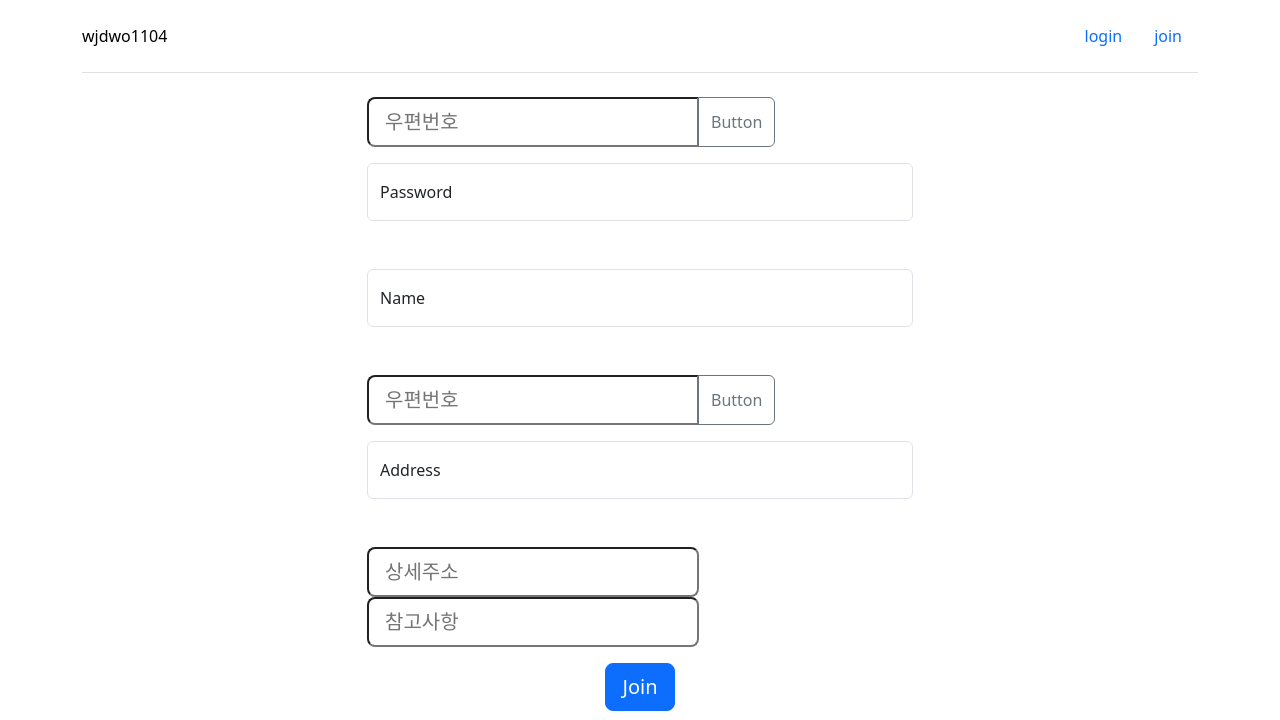
Repository: gain00/lecture1
Page: http://localhost/db-connect/join-form.jsp
These files come from the project's save history. The page is drawn as it stood at one moment and after the next save; the edit follows.
The browser window is 1280 px wide. The pictures show the whole page.
The page is served by Tomcat 9. Other server files are loaded and not shown.

Above is the page before, as saved 2023-06-08 01:00:04.

### db-connect/src/main/webapp/join-form.jsp
<%@ page language="java" contentType="text/html; charset=UTF-8" pageEncoding="UTF-8"%> <%@include file = "include/header.jsp"%>
<script src="//t1.daumcdn.net/mapjsapi/bundle/postcode/prod/postcode.v2.js"></script>


  <form action="join-process.jsp" method="post" class="join">
    <div class="container-sm">
      <div class="row justify-content-center">
        <div class="col-6">

           <div class="input-group mb-3">
            <input type="text" class="form-control-lg" placeholder="우편번호" id="zonecode" name="zonecode" readonly />
            <button class="btn btn-outline-secondary" type="button" id="button-addon2" onclick="searchZonecode()">Button</button>
          </div>

          <div class="form-floating mb-5">
            <input type="password" class="form-control" name="userPw" id="floatingPassword" placeholder="Password" />
            <label for="floatingPassword">Password</label>
          </div>
          <div class="form-floating mb-5">
            <input type="text" class="form-control" name="userName" id="floatingName" placeholder="이름" />
            <label for="floatingName">Name</label>
          </div>

          <div class="input-group mb-3">
            <input type="text" class="form-control-lg" placeholder="우편번호" id="zonecode" name="zonecode" readonly />
            <button class="btn btn-outline-secondary" type="button" id="button-addon2" onclick="searchZonecode()">Button</button>
          </div>

          <div class="form-floating mb-5">
            <input type="text" class="form-control address" name="userAddress" id="floatingAddress" placeholder="주소를 입력해주세요" />
            <label for="floatingAddress">Address</label>
          </div>
          <div class="row mb-3">
            <div class="col">
              <input type="text" class="form-control-lg detailAddress" placeholder="상세주소" aria-label="First name" name="detailAddress" />
            </div>
            <div class="col">
              <input type="text" class="form-control-lg extraAddress" placeholder="참고사항" aria-label="Last name" name="extraAddress" />
            </div>
          </div>

          <div class="text-center"><button type="submit" class="btn btn-primary btn-lg">Join</button></div>
        </div>
      </div>
    </div>
  </form>
  <script>
    function searchZonecode() {
      new daum.Postcode({
        oncomplete: function (data) {
          // 팝업에서 검색결과 항목을 클릭했을때 실행할 코드를 작성하는 부분.

          // 각 주소의 노출 규칙에 따라 주소를 조합한다.
          // 내려오는 변수가 값이 없는 경우엔 공백('')값을 가지므로, 이를 참고하여 분기 한다.
          let addr = ""; // 주소 변수
          let extraAddr = ""; // 참고항목 변수

          //사용자가 선택한 주소 타입에 따라 해당 주소 값을 가져온다.
          if (data.userSelectedType === "R") {
            // 사용자가 도로명 주소를 선택했을 경우
            addr = data.roadAddress;
          } else {
            // 사용자가 지번 주소를 선택했을 경우(J)
            addr = data.jibunAddress;
          }

          // 사용자가 선택한 주소가 도로명 타입일때 참고항목을 조합한다.
          if (data.userSelectedType === "R") {
            // 법정동명이 있을 경우 추가한다. (법정리는 제외)
            // 법정동의 경우 마지막 문자가 "동/로/가"로 끝난다.
            if (data.bname !== "" && /[동|로|가]$/g.test(data.bname)) {
              extraAddr += data.bname;
            }
            // 건물명이 있고, 공동주택일 경우 추가한다.
            if (data.buildingName !== "" && data.apartment === "Y") {
              extraAddr += extraAddr !== "" ? ", " + data.buildingName : data.buildingName;
            }
            // 표시할 참고항목이 있을 경우, 괄호까지 추가한 최종 문자열을 만든다.
            if (extraAddr !== "") {
              extraAddr = " (" + extraAddr + ")";
            }
            // 조합된 참고항목을 해당 필드에 넣는다.
            document.querySelector(".extraAddress").value = extraAddr;
          } else {
            document.querySelector(".extraAddress").value = "";
          }

          // 우편번호와 주소 정보를 해당 필드에 넣는다.
          document.querySelector("#zonecode").value = data.zonecode;
          document.querySelector(".address").value = addr;
          // 커서를 상세주소 필드로 이동한다.
          document.querySelector(".address").focus();
        },
      }).open();
    }
  </script>


<%@ include file = "include/footer.jsp" %>

### db-connect/src/main/webapp/include/header.jsp
<%@ page language="java" contentType="text/html; charset=UTF-8" pageEncoding="UTF-8"%>
<%
	String loggedUserId = (String) session.getAttribute("loggedUserId");
	String loggedUserName = (String) session.getAttribute("loggedUserName");

	//pageContext < requset < session < applicationContext
%>


<!DOCTYPE html>
<html>
  <head>
    <meta charset="UTF-8" />
    <title>Insert title here</title>
    <link rel="stylesheet" href="css/bootstrap.min.css" />
    <script src="js/bootstrap.bundle.min.js"></script>
    <script src="//t1.daumcdn.net/mapjsapi/bundle/postcode/prod/postcode.v2.js"></script>
  </head>
  <body>
    <div class="container">
    <header class="d-flex flex-wrap justify-content-center py-3 mb-4 border-bottom">
      <a href="/" class="d-flex align-items-center mb-3 mb-md-0 me-md-auto link-body-emphasis text-decoration-none">
        wjdwo1104
      </a>

      <ul class="nav nav-pills">
      	<%  if( loggedUserId == null ) { %>
        <li class="nav-item"><a href="login-form.jsp" class="nav-link">login</a></li>
        <li class="nav-item"><a href="join-form.jsp" class="nav-link">join</a></li>
        <% } else { %>
        <li class="nav-item"><a href="logout.jsp" class="nav-link">logout</a></li>
        <li class="nav-item"><a href="info.jsp" class="nav-link">이정재</a></li>
        <% } %>
      </ul>
    </header>
  </div>

Loaded but not shown: db-connect/src/main/webapp/include/footer.jsp (common file); db-connect/src/main/webapp/css/bootstrap.min.css (library); db-connect/src/main/webapp/js/bootstrap.bundle.min.js (library)

After the next save:
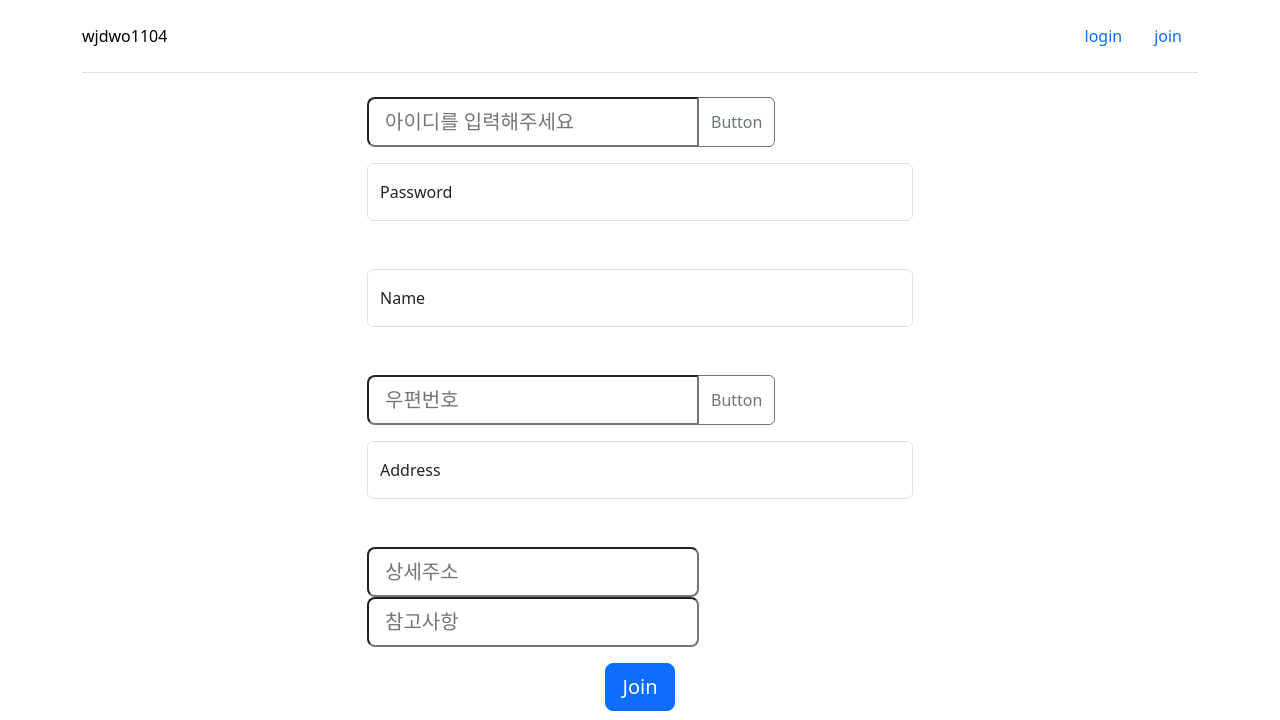
Saved 81 s later.
--- a/db-connect/src/main/webapp/join-form.jsp
+++ b/db-connect/src/main/webapp/join-form.jsp
@@ -7,8 +7,8 @@
       <div class="row justify-content-center">
         <div class="col-6">
 
-           <div class="input-group mb-3">
-            <input type="text" class="form-control-lg" placeholder="우편번호" id="zonecode" name="zonecode" readonly />
+             <div class="input-group mb-3">
+            <input type="text" class="form-control-lg" placeholder="아이디를 입력해주세요" id="floatingInput" name="userId"  />
             <button class="btn btn-outline-secondary" type="button" id="button-addon2" onclick="searchZonecode()">Button</button>
           </div>
 
